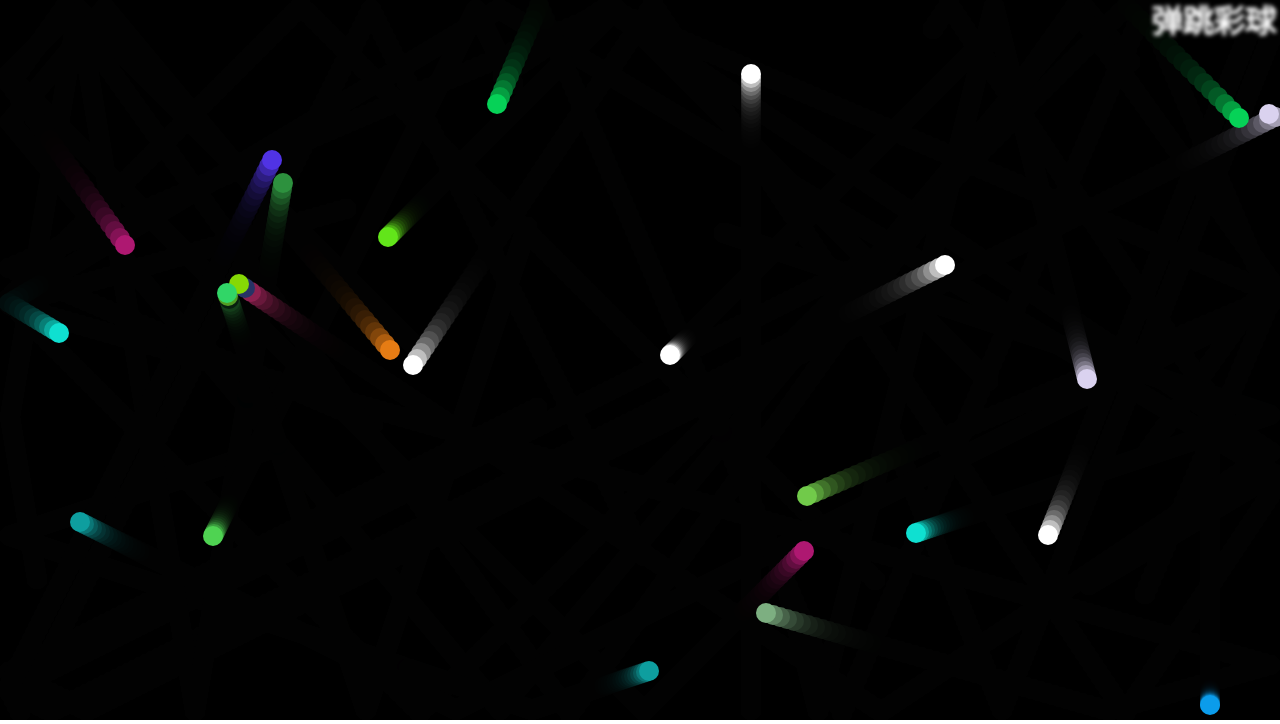
Repository: Valhally/web-projects
Page: sample-site/index.html
An editor plug-in stored every save of this project. The page is shown before and after the next save, followed by the edit.
The browser window is 1280 px wide. The pictures show the whole page.

Above is the page before, as saved 2021-08-23 21:45:50.

After the next save:
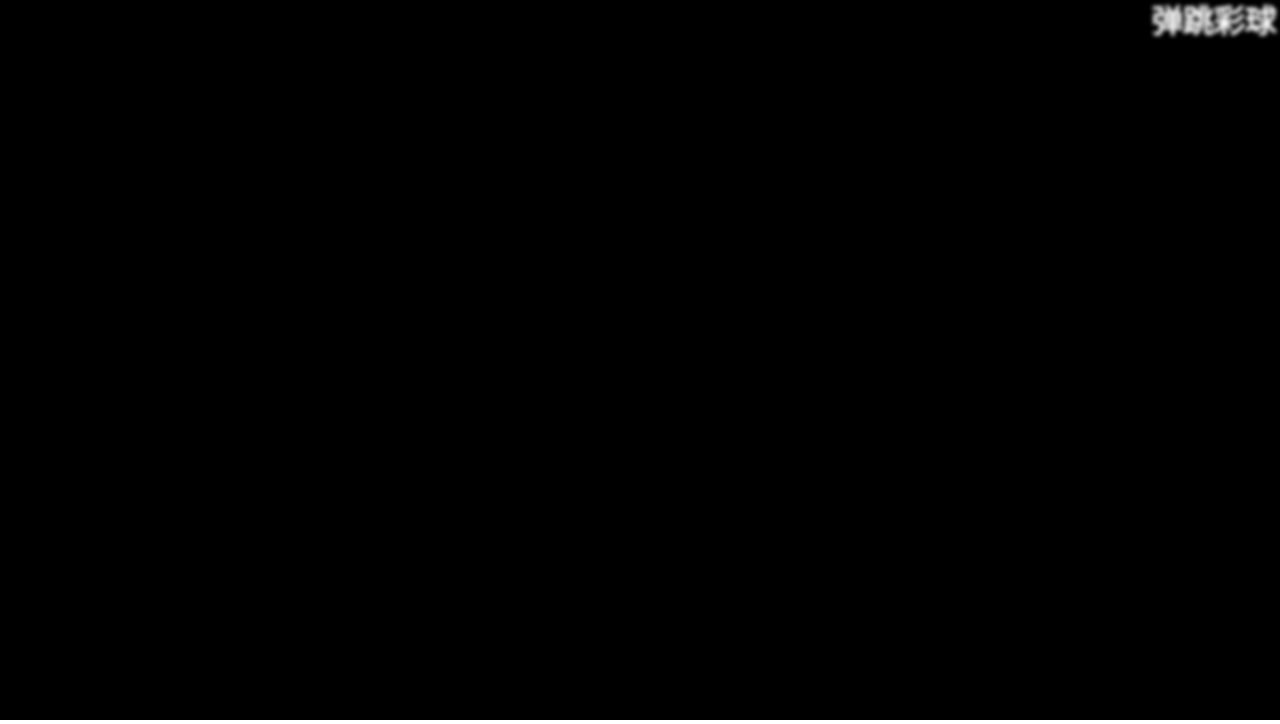
Saved 78 s later.
--- a/sample-site/resources/main.js
+++ b/sample-site/resources/main.js
@@ -77,6 +77,11 @@
         this.color = 'white';
         this.size = 10;
     }
+
+    draw() {
+        ctx.beginPath();
+        ctx.strokeStyle = this.color;
+    }
 }
 
 class EvilCircle extends Shape {
